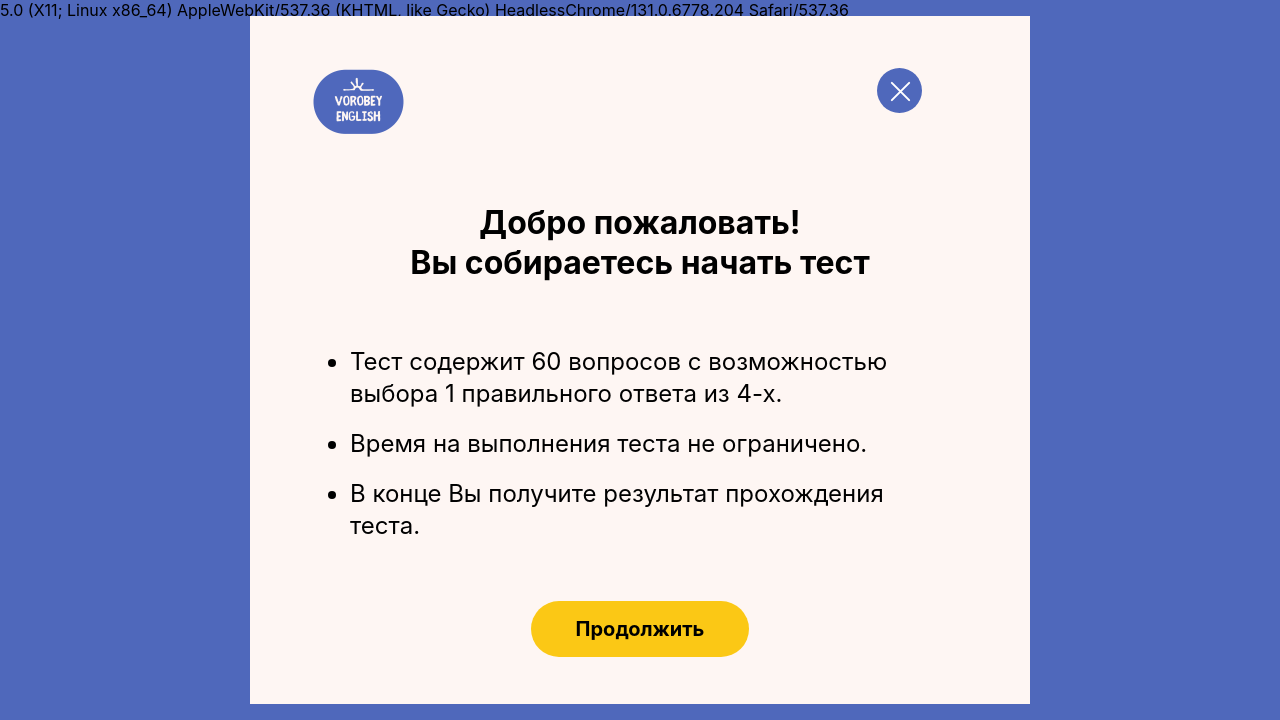
Repository: WladimirVA/PP-01-01_Dandelions
Page: next_test.html
An editor plug-in stored every save of this project. The page is shown before and after the next save, followed by the edit.
The browser window is 1280 px wide. The pictures show the whole page.

Above is the page before, as saved 2023-03-02 19:40:05.

### next_test.html
<!DOCTYPE html>
<html lang="en">
<head>
    <meta charset="UTF-8">
    <meta http-equiv="X-UA-Compatible" content="IE=edge">
    <meta name="viewport" content="width=\, initial-scale=1.0">
    <link href="./static/css/name.css" rel="stylesheet" type="text/css">
    <link href="./static/css/fonts.css" rel="stylesheet" type="text/css">
    <link rel="icon" sizes="16x16" href="./static/img/Иконка _Лого_ (1_1).svg" type="image/x-icon">
    <title>Dandelions</title>
</head>
<body>
    <form class="NAME_LOGO_INFO" action="./test.html">
        <div class="Name-logo">
            <a href="Index.html"><img src="./static/img/Иконка _Лого_ (1).svg"></a>
            <img class="Name-logo-img1-info" src="./static/img/Ellipse 6 (2).svg">
            <a href="./Index.html"><img class="Name-logo-img-info" src="./static/img/Vector (5).svg"></a>
        </div>
        <div class="info">
            <p>Добро пожаловать!<br>Вы собираетесь начать тест</p>
            <ul>
                <li>Тест содержит 60 вопросов с возможностью выбора 1 правильного ответа из 4-х.</li>
                <li class="info-li">Время на выполнения теста не ограничено.</li>
                <li>В конце Вы получите результат прохождения теста.</li>
            </ul>
        </div>
        <div class="button">
            <button class="button submit_button">Продолжить</button>
        </div>

        <input type="hidden" name="name" id="" value="" >
        <input type="hidden" id="" value="" >

    </form>
    </div>
    <p id="demo"></p>
<script>
document.getElementById("demo").innerHTML = navigator.appVersion;
</script>
</body>
</html>

### static/css/name.css
body {
    align-items: center;
    width: 100%;
    max-width: 1366px;
    margin: auto;
    font-family: 'Inter', 'Work Sans', "NunitoSans-Light", Arial, Helvetica, sans-serif;
    background: #4F68BB;
}

* {
    margin: 0;
    padding: 0;
}

.NAME_LOGO {
    width: 560px;
    height: 480px;
    position: fixed; top: 50%; left: 50%;
    transform: translate(-50%, -55%);
    /* box-shadow: 0px 0px 25px; */
    background-color: #FEF6F3;
}

.NAME_LOGO_INFO {
    width: 780px;
    height: 688px;
    position: fixed; top: 50%; left: 50%;
    transform: translate(-50%, -55%);
    /* box-shadow: 0px 0px 25px; */
    background-color: #FEF6F3;

    position: absolute;
    top:  50%;
    left: 50%;
    transform: translate(-50%,-50%);
}

.Name-logo {
    display: flex;
}

.Name-logo a {
    margin: 30px 0 0 0px;
    padding-left: 25px;
}

.Name-logo-img1 {
    margin: 33px 0 0 280px;
}

.Name-logo-img1-info {
    margin: 17px 0 0 435px;
}

.Name-logo-img {
    margin: 41px 0 0 -57px;
}

.Name-logo-img-info {
    margin: 35px 0 0 -57px;
}

.name {
    margin: 60px 0 0 70px;
}

.name p {
    text-align: right;
    margin: 15px 73px 66px 0;
    font-family: 'Inter';
    font-style: normal;
    font-weight: 400;
    font-size: 12px;
    line-height: 16px;
}

.label {
    text-align: center;
    font-family: 'Inter';
    font-style: normal;
    font-weight: 400;
    font-size: 20px;
    line-height: 24px;
}

.text-input {
    margin: 15px 0 0 0;
    width: 388px;
    height: 48px;
    border: 1px solid #000000;
    border-radius: 10px;
    padding-left: 30px;
}

.text-input, .text-input::before, .text-input::after {
    box-size: border-box;
  }

.button {
    text-align: center;
}
.submit_button {
    background: #FBC815;
    border-radius: 50px;
    width: 218px;
    height: 56px;
    font-family: 'Inter';
    font-style: normal;
    font-weight: 700;
    font-size: 20px;
    line-height: 24px;
    border: 0;
    cursor: pointer;
}

.submit_button:hover {
    background-color: #BC9F3B;
}

.submit_button:active {
    background-color: #FDE07D;
}

.info p {
    text-align: center;
    font-family: 'Inter';
    font-style: normal;
    font-weight: 700;
    font-size: 32px;
    line-height: 40px;
    margin: 55px 0 35px 0;
}

.info-li {
    margin: 18px 0 18px 0;
}

.info ul {
    margin: 63px 0 65px 100px;
    width: 580px;
    height: 190px;
    font-family: 'Inter';
    font-style: normal;
    font-weight: 400;
    font-size: 24px;
    line-height: 32px;
}

### static/css/fonts.css
/* @import url('https://fonts.googleapis.com/css2?family=Work+Sans:ital,wght@0,600;0,800;1,800&display=swap'); */


/* @import url('https://fonts.googleapis.com/css2?family=Inter:wght@400;500;600;700;800&family=Work+Sans:ital,wght@0,600;0,800;1,800&display=swap'); */

/*
@import url('https://fonts.googleapis.com/css2?family=Inter:wght@100;200;300;400;500;600;700;800;900&display=swap');

@import url('https://fonts.googleapis.com/css2?family=Inter:wght@100;200;300;400;500;600;700;800;900&family=Work+Sans:ital,wght@0,100;0,200;0,300;0,400;0,500;0,600;0,700;0,800;0,900;1,100;1,200;1,300;1,400;1,500;1,600;1,700;1,800;1,900&display=swap'); */

After the next save:
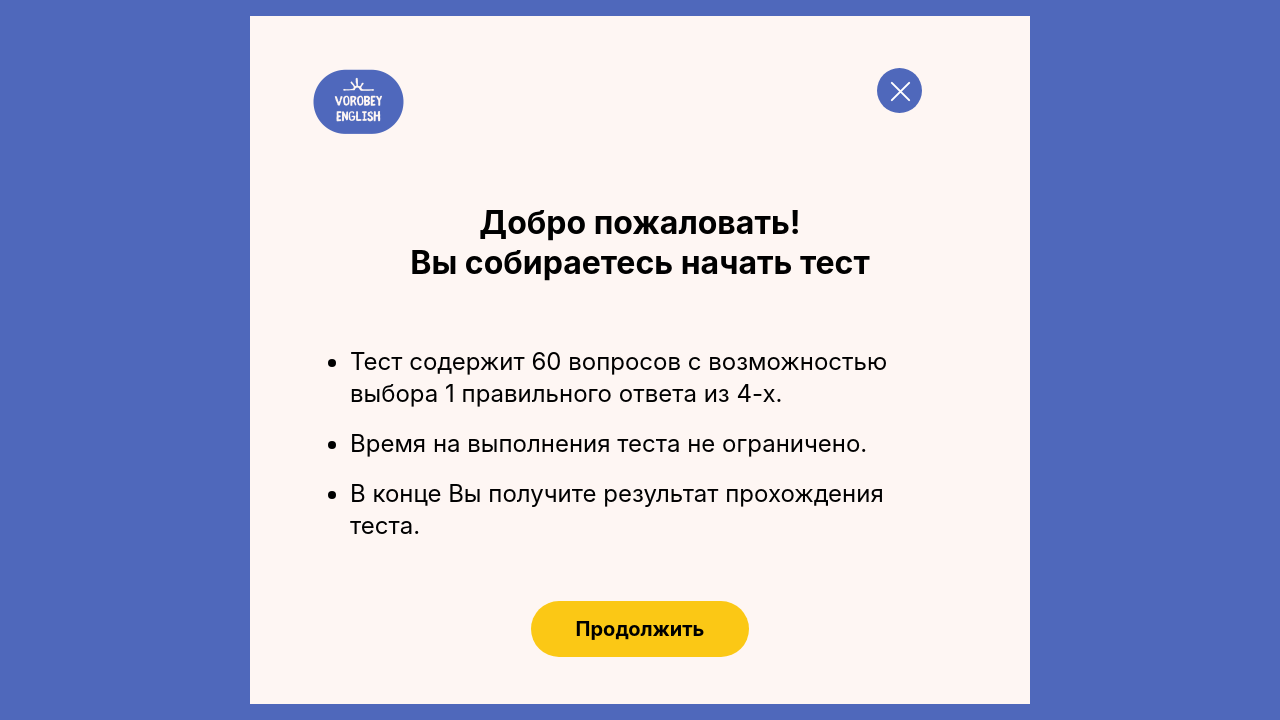
Saved 30 s later.
--- a/next_test.html
+++ b/next_test.html
@@ -33,9 +33,5 @@
 
     </form>
     </div>
-    <p id="demo"></p>
-<script>
-document.getElementById("demo").innerHTML = navigator.appVersion;
-</script>
 </body>
 </html>
